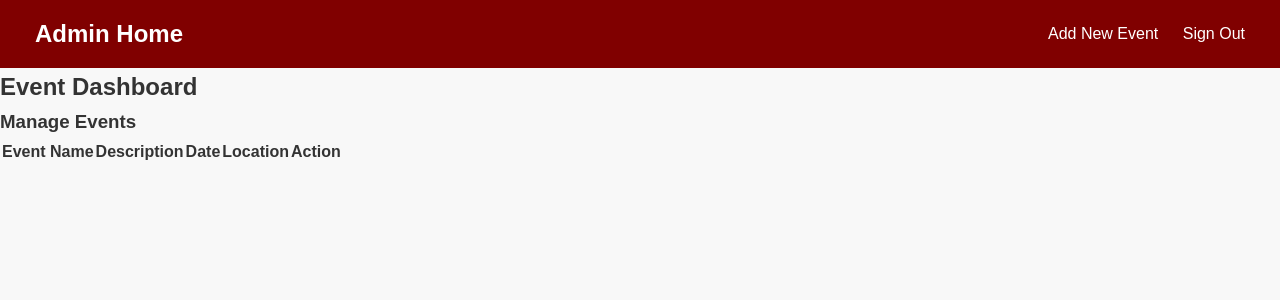
Repository: krypton-arch/College-Event-Management-System
Page: http://localhost/CollegeEvent/adminhome.html
These files come from the project's save history. The page is drawn as it stood at one moment and after the next save; the edit follows.
The browser window is 1280 px wide. The pictures show the whole page.
The page is served by Tomcat 10. Queries for data that is not in the repository find no rows.

Above is the page before, as saved 2025-01-14 18:29:17.

After the next save:
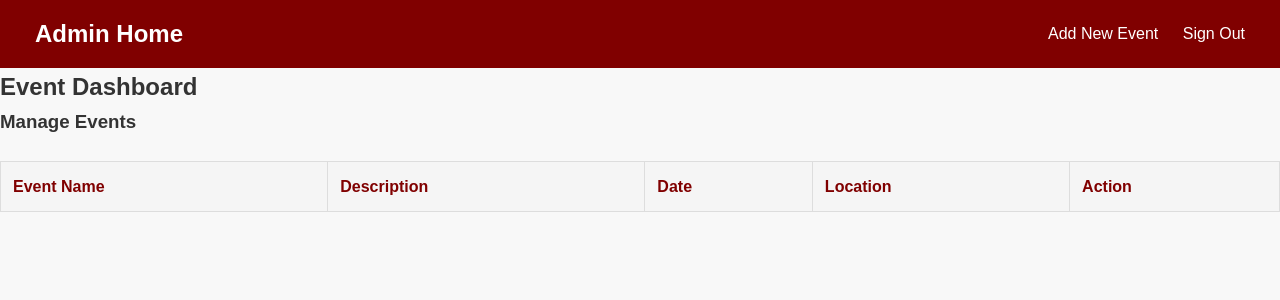
Saved 111 s later.
--- a/CollegeEvent/src/main/webapp/adminhome_css.css
+++ b/CollegeEvent/src/main/webapp/adminhome_css.css
@@ -51,6 +51,49 @@ body {
     padding: 20px;
     border-radius: 10px;
     box-shadow: 0 0 20px rgba(0, 0, 0, 0.1);
+}
+
+table {
+    width: 100%;
+    border-collapse: collapse;
+    margin-top: 1.5rem;
+    font-size: 1rem;
+}
+
+th, td {
+    border: 1px solid #ddd;
+    padding: 12px;
+    text-align: left;
+    transition: background-color 0.3s;
+}
+
+th {
+    background-color: #f5f5f5;
+    color: maroon;
+    font-weight: 600;
+}
+
+tr:nth-child(even) {
+    background-color: #f9f9f9;
+}
+
+td {
+    color: #555; /* Slightly lighter text for cells */
+}
+
+td button {
+    background-color: maroon;
+    color: white;
+    border: none;
+    padding: 8px 12px;
+    border-radius: 5px;
+    cursor: pointer;
+    font-size: 0.9rem;
+    transition: background-color 0.3s;
+}
+
+td button:hover {
+    background-color: maroon; /* Slightly lighter maroon */
 }
 
 /* Form Section */
